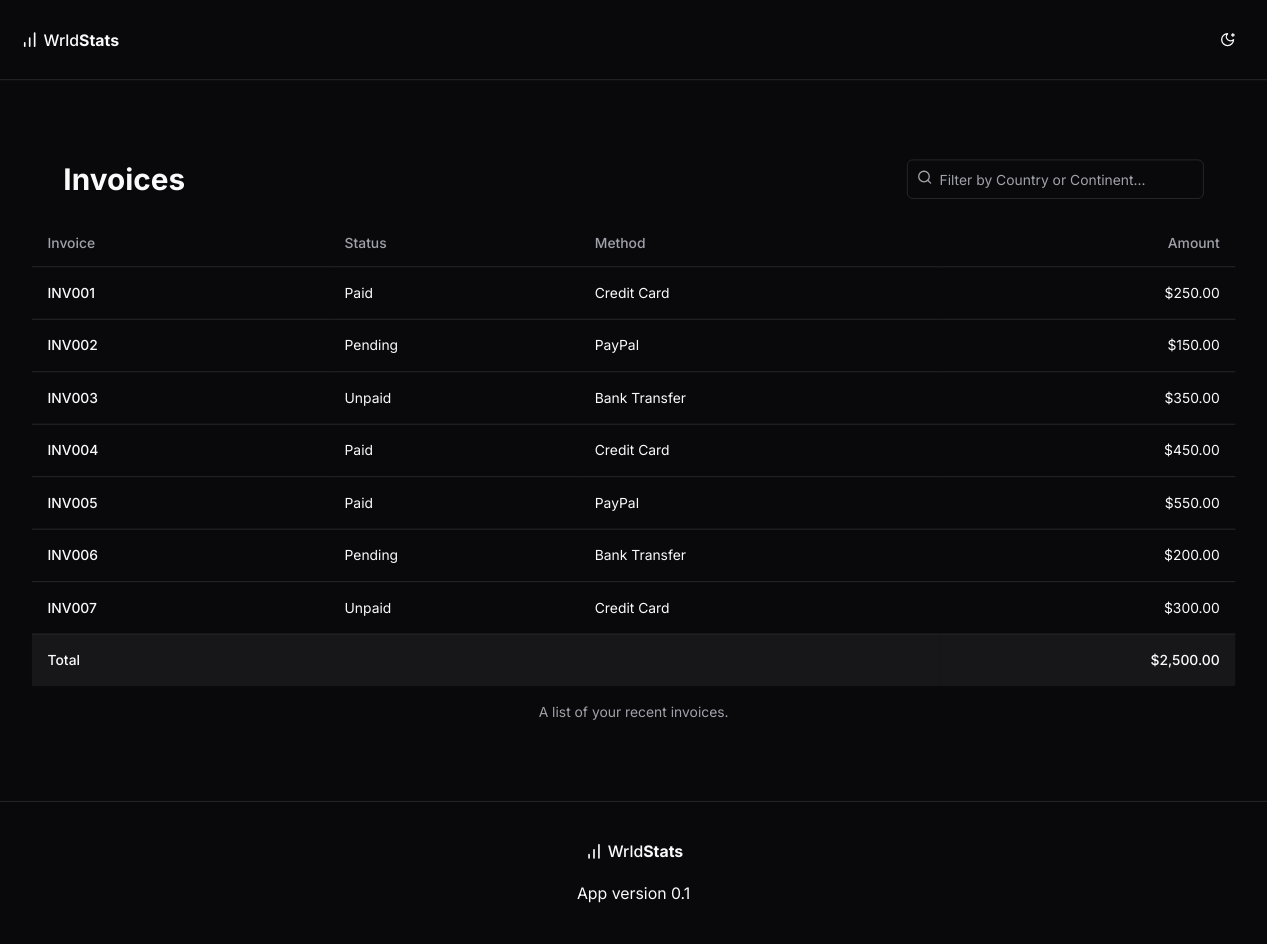
Repository: tushcmd/wrld-stats
Page: /
The author's editor kept a copy of each file at every save. The page is drawn from the files as they stood at one save, then again after the next save.
The browser window is 1280 px wide. The pictures show the whole page, at 99% of full size.
The project was rebuilt for these pictures with package versions that can differ from the ones it lists, and the page was loaded fresh each time. The framework's server and built-in components were replaced by stand-ins that run in the browser. Also part of the build but not shown: next.config.mjs.

Above is the page before, as saved 2024-04-21 17:26:15.

### app/layout.tsx
import './globals.css';
import { Inter } from 'next/font/google';

import { Metadata, Viewport } from 'next';
import siteMetadata from '../data/siteMetadata';

import Navbar from '@/components/shared/Navbar';
import Footer from '@/components/shared/Footer';
import AppProviders from '@/components/providers/AppProviders';

const inter = Inter({ subsets: ['latin'] });

export const viewport: Viewport = {
  width: 'device-width',
  initialScale: 1,
  maximumScale: 1,
};

export const metadata: Metadata = {
  metadataBase: new URL(siteMetadata.siteUrl),
  title: {
    default: siteMetadata.title,
    template: `%s | ${siteMetadata.title}`,
  },
  description: siteMetadata.description,
  openGraph: {
    title: siteMetadata.title,
    description: siteMetadata.description,
    url: './',
    siteName: siteMetadata.title,
    locale: 'en',
    type: 'website',
  },
  alternates: {
    canonical: './',
  },
  robots: {
    index: true,
    follow: true,
    googleBot: {
      index: true,
      follow: true,
      'max-video-preview': -1,
      'max-image-preview': 'large',
      'max-snippet': -1,
    },
  },
  twitter: {
    title: siteMetadata.title,
    card: 'summary_large_image',
  },
};

export default function RootLayout({ children }: { children: React.ReactNode }) {
  return (
    <html lang="en" suppressHydrationWarning>
      <body className={inter.className}>
        <AppProviders>
          <Navbar />
          {children}
          <Footer />
        </AppProviders>
      </body>
    </html>
  );
}

### app/page.tsx
import Hero from '@/components/Hero';

export default function Home() {
  return (
    <main className="page-container">
      <Hero />
    </main>
  );
}

### app/globals.css
@tailwind base;
@tailwind components;
@tailwind utilities;

@layer base {
  :root {
    --background: 0 0% 100%;
    --foreground: 240 10% 3.9%;

    --card: 0 0% 100%;
    --card-foreground: 240 10% 3.9%;

    --popover: 0 0% 100%;
    --popover-foreground: 240 10% 3.9%;

    --primary: 240 5.9% 10%;
    --primary-foreground: 0 0% 98%;

    --secondary: 240 4.8% 95.9%;
    --secondary-foreground: 240 5.9% 10%;

    --muted: 240 4.8% 95.9%;
    --muted-foreground: 240 3.8% 46.1%;

    --accent: 240 4.8% 95.9%;
    --accent-foreground: 240 5.9% 10%;

    --destructive: 0 84.2% 60.2%;
    --destructive-foreground: 0 0% 98%;

    --border: 240 5.9% 90%;
    --input: 240 5.9% 90%;
    --ring: 240 10% 3.9%;

    --radius: 0.5rem;
  }

  .dark {
    --background: 240 10% 3.9%;
    --foreground: 0 0% 98%;

    --card: 240 10% 3.9%;
    --card-foreground: 0 0% 98%;

    --popover: 240 10% 3.9%;
    --popover-foreground: 0 0% 98%;

    --primary: 0 0% 98%;
    --primary-foreground: 240 5.9% 10%;

    --secondary: 240 3.7% 15.9%;
    --secondary-foreground: 0 0% 98%;

    --muted: 240 3.7% 15.9%;
    --muted-foreground: 240 5% 64.9%;

    --accent: 240 3.7% 15.9%;
    --accent-foreground: 0 0% 98%;

    --destructive: 0 62.8% 30.6%;
    --destructive-foreground: 0 0% 98%;

    --border: 240 3.7% 15.9%;
    --input: 240 3.7% 15.9%;
    --ring: 240 4.9% 83.9%;
  }

}

@layer base {
  * {
    @apply border-border;
  }
  body {
    @apply bg-background text-foreground;
  }
}

@layer components {

  /* FONT SIZES */
  .h1 {
		@apply text-5xl lg:text-6xl font-bold;
	}
	.h2 {
		@apply sm:text-3xl text-4xl font-bold;
	}
	.h3 {
		@apply text-2xl font-medium;
	}
	.h4 {
		@apply text-xl sm:text-lg font-normal;
	}

  /* LAYOUTS  */
	.layout-container {
		@apply container mx-auto px-5;
	}

	.page-container {
		@apply container py-20 flex flex-col gap-16 max-w-7xl;
	}
}

### data/siteMetadata.ts
const siteMetada = {
        title: "Wrld Stats",
        author: "Tush",
        headerTitle: "Wrld Stats",
        description: "Visualiser for world stats in different countries",
        language: "en",
        theme: "system", // system, dark or light
        siteUrl: "https://tushdev.co/",
        siteLogo: "public/vercel.png",
        locale: "en",
}

export default siteMetada

### components/shared/Navbar.tsx
import React, { FC } from 'react';
import ThemeSwitcherButton from '../ui/ThemeSwitcher';
import Logo from './Logo';

const Navbar: FC = () => {
  return (
    <nav className="border-b py-5">
      <div className="layout-container flex justify-between items-center max-w-7xl">
        <Logo />
        <ThemeSwitcherButton />
      </div>
    </nav>
  );
};

export default Navbar;

### components/shared/Footer.tsx
import React, { FC } from 'react'
import Logo from './Logo'
import { APP_VERSION } from '@/lib/config'

const Footer: FC = () => {
  return (
    <footer className='border-t'>
        <div className='layout-container flex flex-col gap-5 items-center  justify-center py-10'>
            <Logo />
            <p>App version {APP_VERSION}</p>
        </div>

    </footer>
  )
}

export default Footer

### components/providers/AppProviders.tsx
'use client';

import { ThemeProvider } from 'next-themes';
import { FC, ReactNode } from 'react';

interface AppProvidersProps {
  children: ReactNode;
}


const AppProviders: FC<AppProvidersProps> = ({ children }) => {
  return (
    <>
      <ThemeProvider attribute="class" disableTransitionOnChange defaultTheme="dark" enableSystem>
        {children}

      </ThemeProvider>
    </>
  );
};

export default AppProviders;

### components/Hero.tsx
import { Search } from 'lucide-react';
import React, { FC } from 'react';
import { TableDemo } from './list';
import { Input } from './ui/input';

const Hero: FC = () => {
  return (
    <section className="flex flex-col items-center justify-center gap-5">
      <div className='container flex flex-col md:flex-row justify-between items-center'>
        <p className='text-base lg:text-3xl font-bold drop-shadow-sm'>Invoices</p>
        <form className="ml-auto flex-1 sm:flex-initial">
          <div className="relative">
            <Search className="absolute left-2.5 top-2.5 h-4 w-4 text-muted-foreground" />
            <Input
              type="search"
              placeholder="Filter by Country or Continent..."
              className="pl-8 sm:w-[300px] md:w-[200px] lg:w-[300px]" />
          </div>
        </form>
      </div>

      <TableDemo />
    </section>
  );
};


export default Hero;

### components/ui/ThemeSwitcher.tsx
"use client";

import { useTheme } from "next-themes";
import React, { FC, useEffect, useState } from "react";
import { SunIcon,  Laptop, MoonStarIcon } from "lucide-react";
import {
	DropdownMenu,
	DropdownMenuContent,
	DropdownMenuItem,
	DropdownMenuTrigger,
} from "./dropdown-menu";
import { Button } from "./button";

const themes = [
	{
		value: "light",
		label: "Light",
		icon: SunIcon,
	},
	{
		value: "dark",
		label: "Dark",
		icon: MoonStarIcon,
	},
	{
		value: "system",
		label: "System",
		icon: Laptop,
	},
];

const ThemeSwitcher: FC = () => {
  const [mounted, setMounted] = useState(false)
	const { theme, setTheme } = useTheme();
	const currentTheme = themes.find((t) => t.value === theme);
	const ThemeIcon = currentTheme?.icon

  useEffect(() => {
    setMounted(true)
  }, [])

	return mounted && (
		<div className="flex">
			<DropdownMenu  >
				<DropdownMenuTrigger asChild>
					<Button variant="ghost" size={"icon"}>{!!ThemeIcon && <ThemeIcon className="w-4 h-4"/>}</Button>
				</DropdownMenuTrigger>
				<DropdownMenuContent>
					{themes.map(({value, label}) => <DropdownMenuItem role="button" onClick={() => setTheme(value)} key={value}>{label}</DropdownMenuItem>)}
				</DropdownMenuContent>
			</DropdownMenu>
		</div>
	);
};

export default ThemeSwitcher;

### components/shared/Logo.tsx

import { URLS } from "@/lib/urls";
import { BarChart } from "lucide-react";
import Link from "next/link";
import React, { FC } from "react";

const Logo: FC = () => {
	return (
		<Link href={URLS.HOMEPAGE} className="flex items-center gap-1 component-focus rounded-md">
			<BarChart   className="w-5 h-5 fill-current" />
			<h1 className="inline-flex flex-col gap-0 leading-none font-medium">
				<p>Wrld<span className="font-bold">Stats</span></p>
			</h1>
		</Link>
	);
};

export default Logo;

### lib/config.ts
export const APP_VERSION = 0.1

### components/list.tsx
import {
    Table,
    TableBody,
    TableCaption,
    TableCell,
    TableFooter,
    TableHead,
    TableHeader,
    TableRow,
} from "@/components/ui/table"

const invoices = [
    {
        invoice: "INV001",
        paymentStatus: "Paid",
        totalAmount: "$250.00",
        paymentMethod: "Credit Card",
    },
    {
        invoice: "INV002",
        paymentStatus: "Pending",
        totalAmount: "$150.00",
        paymentMethod: "PayPal",
    },
    {
        invoice: "INV003",
        paymentStatus: "Unpaid",
        totalAmount: "$350.00",
        paymentMethod: "Bank Transfer",
    },
    {
        invoice: "INV004",
        paymentStatus: "Paid",
        totalAmount: "$450.00",
        paymentMethod: "Credit Card",
    },
    {
        invoice: "INV005",
        paymentStatus: "Paid",
        totalAmount: "$550.00",
        paymentMethod: "PayPal",
    },
    {
        invoice: "INV006",
        paymentStatus: "Pending",
        totalAmount: "$200.00",
        paymentMethod: "Bank Transfer",
    },
    {
        invoice: "INV007",
        paymentStatus: "Unpaid",
        totalAmount: "$300.00",
        paymentMethod: "Credit Card",
    },
]

export function TableDemo() {
    return (
        <Table className="">
            <TableCaption>A list of your recent invoices.</TableCaption>
            <TableHeader>
                <TableRow>
                    <TableHead className="w-[300px]">Invoice</TableHead>
                    <TableHead>Status</TableHead>
                    <TableHead>Method</TableHead>
                    <TableHead className="text-right">Amount</TableHead>
                </TableRow>
            </TableHeader>
            <TableBody>
                {invoices.map((invoice) => (
                    <TableRow key={invoice.invoice}>
                        <TableCell className="font-medium">{invoice.invoice}</TableCell>
                        <TableCell>{invoice.paymentStatus}</TableCell>
                        <TableCell>{invoice.paymentMethod}</TableCell>
                        <TableCell className="text-right">{invoice.totalAmount}</TableCell>
                    </TableRow>
                ))}
            </TableBody>
            <TableFooter>
                <TableRow>
                    <TableCell colSpan={3}>Total</TableCell>
                    <TableCell className="text-right">$2,500.00</TableCell>
                </TableRow>
            </TableFooter>
        </Table>
    )
}



//import React from 'react'
//
//const List = () => {
//  return (
//    <div>List</div>
//  )
//}
//
//export default List

### components/ui/input.tsx
import * as React from "react"

import { cn } from "@/lib/utils"

export interface InputProps
  extends React.InputHTMLAttributes<HTMLInputElement> {}

const Input = React.forwardRef<HTMLInputElement, InputProps>(
  ({ className, type, ...props }, ref) => {
    return (
      <input
        type={type}
        className={cn(
          "flex h-10 w-full rounded-md border border-input bg-background px-3 py-2 text-sm ring-offset-background file:border-0 file:bg-transparent file:text-sm file:font-medium placeholder:text-muted-foreground focus-visible:outline-none focus-visible:ring-2 focus-visible:ring-ring focus-visible:ring-offset-2 disabled:cursor-not-allowed disabled:opacity-50",
          className
        )}
        ref={ref}
        {...props}
      />
    )
  }
)
Input.displayName = "Input"

export { Input }

### components/ui/button.tsx
import * as React from "react"
import { Slot } from "@radix-ui/react-slot"
import { cva, type VariantProps } from "class-variance-authority"

import { cn } from "@/lib/utils"

const buttonVariants = cva(
  "inline-flex items-center justify-center whitespace-nowrap rounded-md text-sm font-medium ring-offset-background transition-colors focus-visible:outline-none focus-visible:ring-2 focus-visible:ring-ring focus-visible:ring-offset-2 disabled:pointer-events-none disabled:opacity-50",
  {
    variants: {
      variant: {
        default: "bg-primary text-primary-foreground hover:bg-primary/90",
        destructive:
          "bg-destructive text-destructive-foreground hover:bg-destructive/90",
        outline:
          "border border-input bg-background hover:bg-accent hover:text-accent-foreground",
        secondary:
          "bg-secondary text-secondary-foreground hover:bg-secondary/80",
        ghost: "hover:bg-accent hover:text-accent-foreground",
        link: "text-primary underline-offset-4 hover:underline",
      },
      size: {
        default: "h-10 px-4 py-2",
        sm: "h-9 rounded-md px-3",
        lg: "h-11 rounded-md px-8",
        icon: "h-10 w-10",
      },
    },
    defaultVariants: {
      variant: "default",
      size: "default",
    },
  }
)

export interface ButtonProps
  extends React.ButtonHTMLAttributes<HTMLButtonElement>,
    VariantProps<typeof buttonVariants> {
  asChild?: boolean
}

const Button = React.forwardRef<HTMLButtonElement, ButtonProps>(
  ({ className, variant, size, asChild = false, ...props }, ref) => {
    const Comp = asChild ? Slot : "button"
    return (
      <Comp
        className={cn(buttonVariants({ variant, size, className }))}
        ref={ref}
        {...props}
      />
    )
  }
)
Button.displayName = "Button"

export { Button, buttonVariants }

### lib/urls.ts
export enum URLS {
    HOMEPAGE = "/"
}

### components/ui/table.tsx
import * as React from "react"

import { cn } from "@/lib/utils"

const Table = React.forwardRef<
  HTMLTableElement,
  React.HTMLAttributes<HTMLTableElement>
>(({ className, ...props }, ref) => (
  <div className="relative w-full overflow-auto">
    <table
      ref={ref}
      className={cn("w-full caption-bottom text-sm", className)}
      {...props}
    />
  </div>
))
Table.displayName = "Table"

const TableHeader = React.forwardRef<
  HTMLTableSectionElement,
  React.HTMLAttributes<HTMLTableSectionElement>
>(({ className, ...props }, ref) => (
  <thead ref={ref} className={cn("[&_tr]:border-b", className)} {...props} />
))
TableHeader.displayName = "TableHeader"

const TableBody = React.forwardRef<
  HTMLTableSectionElement,
  React.HTMLAttributes<HTMLTableSectionElement>
>(({ className, ...props }, ref) => (
  <tbody
    ref={ref}
    className={cn("[&_tr:last-child]:border-0", className)}
    {...props}
  />
))
TableBody.displayName = "TableBody"

const TableFooter = React.forwardRef<
  HTMLTableSectionElement,
  React.HTMLAttributes<HTMLTableSectionElement>
>(({ className, ...props }, ref) => (
  <tfoot
    ref={ref}
    className={cn(
      "border-t bg-muted/50 font-medium [&>tr]:last:border-b-0",
      className
    )}
    {...props}
  />
))
TableFooter.displayName = "TableFooter"

const TableRow = React.forwardRef<
  HTMLTableRowElement,
  React.HTMLAttributes<HTMLTableRowElement>
>(({ className, ...props }, ref) => (
  <tr
    ref={ref}
    className={cn(
      "border-b transition-colors hover:bg-muted/50 data-[state=selected]:bg-muted",
      className
    )}
    {...props}
  />
))
TableRow.displayName = "TableRow"

const TableHead = React.forwardRef<
  HTMLTableCellElement,
  React.ThHTMLAttributes<HTMLTableCellElement>
>(({ className, ...props }, ref) => (
  <th
    ref={ref}
    className={cn(
      "h-12 px-4 text-left align-middle font-medium text-muted-foreground [&:has([role=checkbox])]:pr-0",
      className
    )}
    {...props}
  />
))
TableHead.displayName = "TableHead"

const TableCell = React.forwardRef<
  HTMLTableCellElement,
  React.TdHTMLAttributes<HTMLTableCellElement>
>(({ className, ...props }, ref) => (
  <td
    ref={ref}
    className={cn("p-4 align-middle [&:has([role=checkbox])]:pr-0", className)}
    {...props}
  />
))
TableCell.displayName = "TableCell"

const TableCaption = React.forwardRef<
  HTMLTableCaptionElement,
  React.HTMLAttributes<HTMLTableCaptionElement>
>(({ className, ...props }, ref) => (
  <caption
    ref={ref}
    className={cn("mt-4 text-sm text-muted-foreground", className)}
    {...props}
  />
))
TableCaption.displayName = "TableCaption"

export {
  Table,
  TableHeader,
  TableBody,
  TableFooter,
  TableHead,
  TableRow,
  TableCell,
  TableCaption,
}

### tailwind.config.ts
import type { Config } from "tailwindcss"


const config = {
  darkMode: ["class"],
  content: [
    './pages/**/*.{ts,tsx}',
    './components/**/*.{ts,tsx}',
    './app/**/*.{ts,tsx}',
    './src/**/*.{ts,tsx}',
	],
  prefix: "",
  theme: {
    container: {
      center: true,
      padding: "2rem",
      screens: {
        "2xl": "1400px",
      },
    },
    extend: {
      colors: {
        border: "hsl(var(--border))",
        input: "hsl(var(--input))",
        ring: "hsl(var(--ring))",
        background: "hsl(var(--background))",
        foreground: "hsl(var(--foreground))",
        primary: {
          DEFAULT: "hsl(var(--primary))",
          foreground: "hsl(var(--primary-foreground))",
        },
        secondary: {
          DEFAULT: "hsl(var(--secondary))",
          foreground: "hsl(var(--secondary-foreground))",
        },
        destructive: {
          DEFAULT: "hsl(var(--destructive))",
          foreground: "hsl(var(--destructive-foreground))",
        },
        muted: {
          DEFAULT: "hsl(var(--muted))",
          foreground: "hsl(var(--muted-foreground))",
        },
        accent: {
          DEFAULT: "hsl(var(--accent))",
          foreground: "hsl(var(--accent-foreground))",
        },
        popover: {
          DEFAULT: "hsl(var(--popover))",
          foreground: "hsl(var(--popover-foreground))",
        },
        card: {
          DEFAULT: "hsl(var(--card))",
          foreground: "hsl(var(--card-foreground))",
        },
      },
      borderRadius: {
        lg: "var(--radius)",
        md: "calc(var(--radius) - 2px)",
        sm: "calc(var(--radius) - 4px)",
      },
      keyframes: {
        "accordion-down": {
          from: { height: "0" },
          to: { height: "var(--radix-accordion-content-height)" },
        },
        "accordion-up": {
          from: { height: "var(--radix-accordion-content-height)" },
          to: { height: "0" },
        },
      },
      animation: {
        "accordion-down": "accordion-down 0.2s ease-out",
        "accordion-up": "accordion-up 0.2s ease-out",
      },
    },
  },
  plugins: [require("tailwindcss-animate")],
} satisfies Config

export default config

const BREAKPOINTS = {
	SM: {
		MIN: 0,
		MAX: 1024,
	},
	LG: {
		MIN: 1025,
		MAX: 1920,
	},
};

Loaded but not shown: lib/utils.ts (common file); components/ui/dropdown-menu.tsx (200 lines, source omitted)

After the next save:
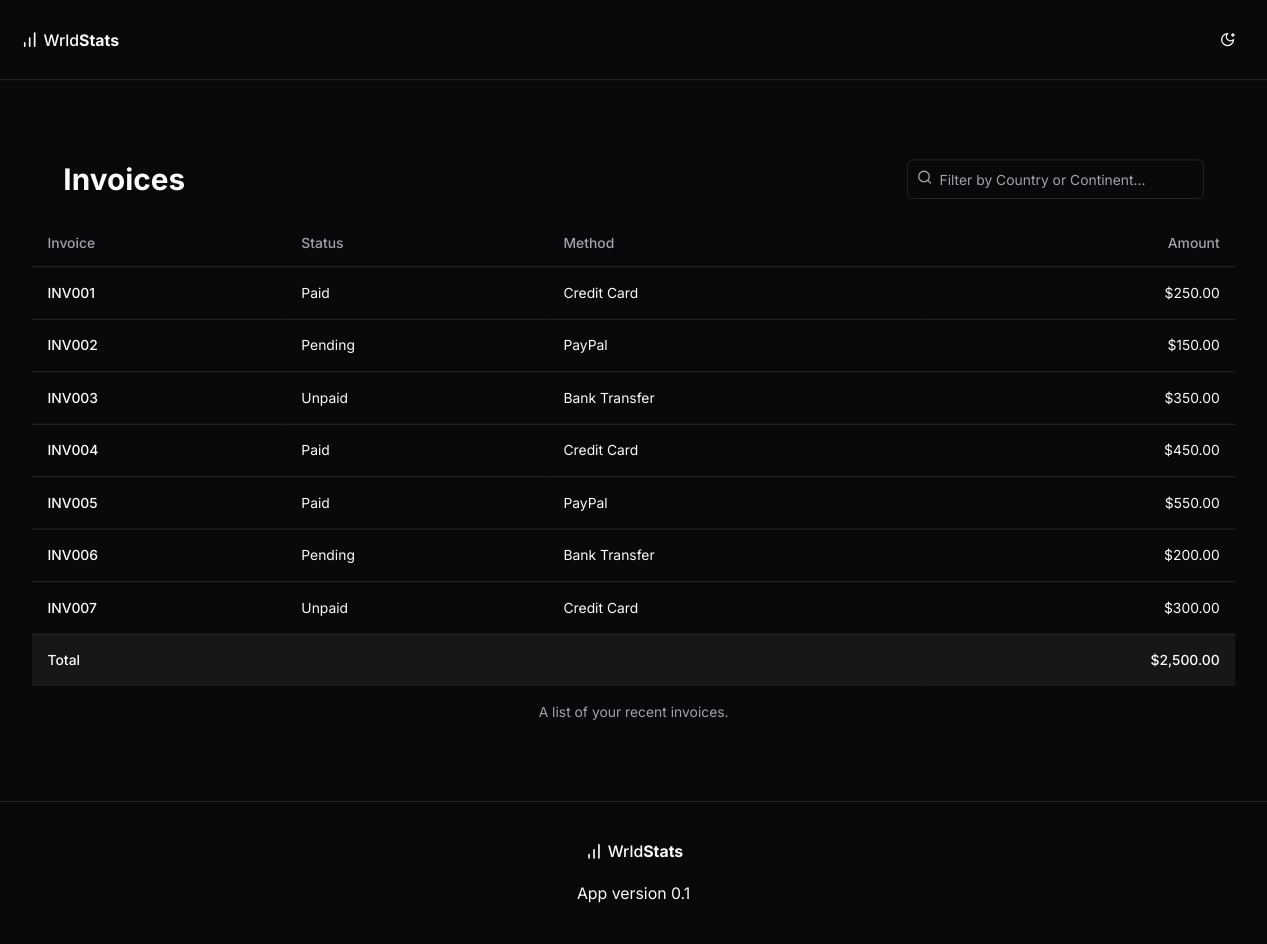
Saved 14 s later.
--- a/components/list.tsx
+++ b/components/list.tsx
@@ -60,7 +60,7 @@ export function TableDemo() {
             <TableCaption>A list of your recent invoices.</TableCaption>
             <TableHeader>
                 <TableRow>
-                    <TableHead className="w-[300px]">Invoice</TableHead>
+                    <TableHead className="">Invoice</TableHead>
                     <TableHead>Status</TableHead>
                     <TableHead>Method</TableHead>
                     <TableHead className="text-right">Amount</TableHead>
